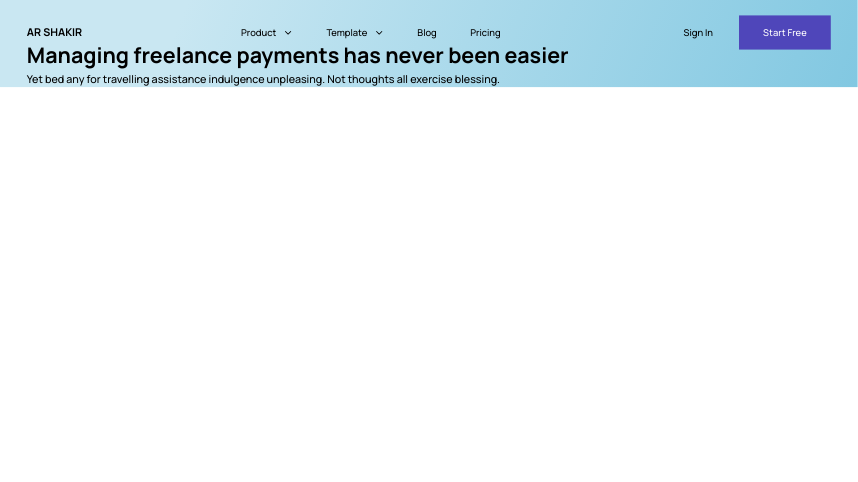
Repository: duongdori/ARShakir
Page: index.html
These files come from the project's save history. The page is drawn as it stood at one moment and after the next save; the edit follows.
The browser window is 1280 px wide. The pictures show the whole page, at 67% of full size.

Above is the page before, as saved 2022-04-01 23:00:47.

After the next save:
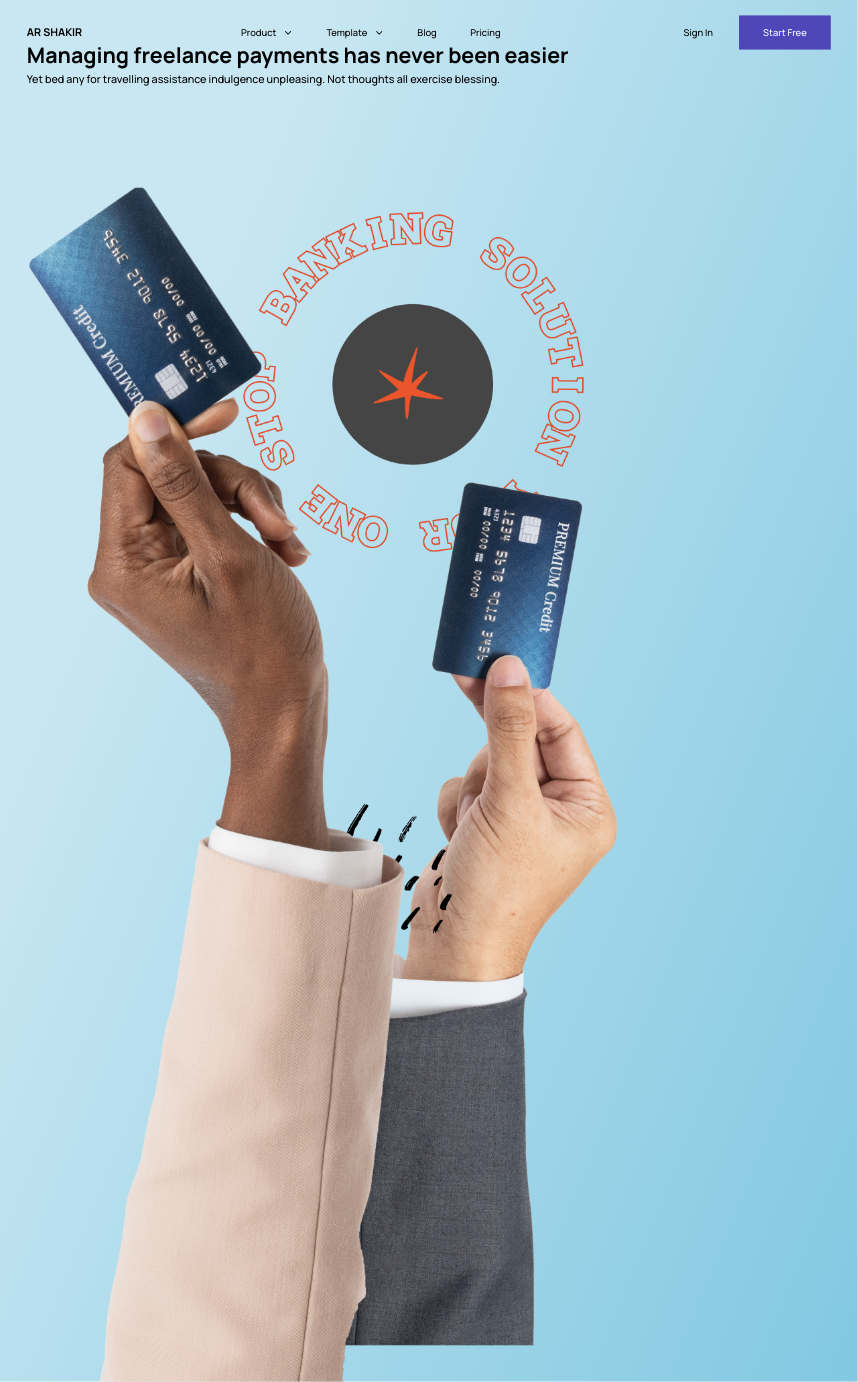
Saved 65 s later.
--- a/index.html
+++ b/index.html
@@ -53,6 +53,7 @@
                             Yet bed any for travelling assistance indulgence unpleasing. Not thoughts all exercise blessing.
                         </p>
                     </div>
+                    <img src="./assets/images/img1.png" alt="">
                 </div>
             </div>
         </header>
